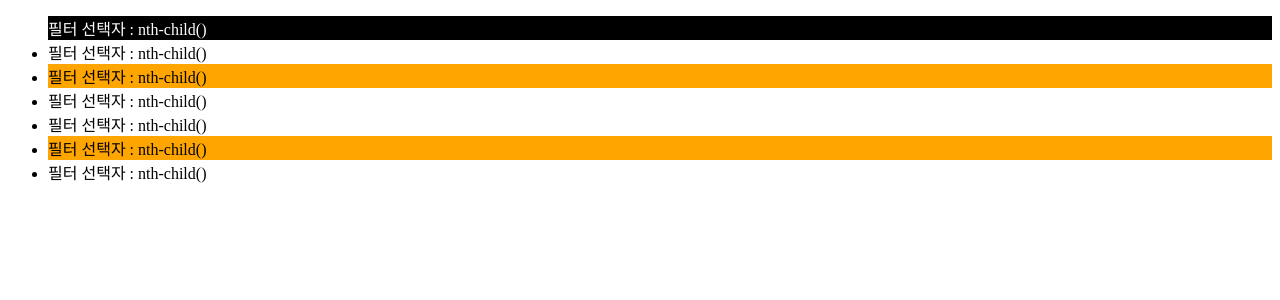
Repository: KangSuA/JSP
Page: webApp/src/main/webapp/jquery/jq05_select.html
An editor plug-in stored every save of this project. The page is shown before and after the next save, followed by the edit.
The browser window is 1280 px wide. The pictures show the whole page.

Above is the page before, as saved 2023-02-14 06:15:58.

After the next save:
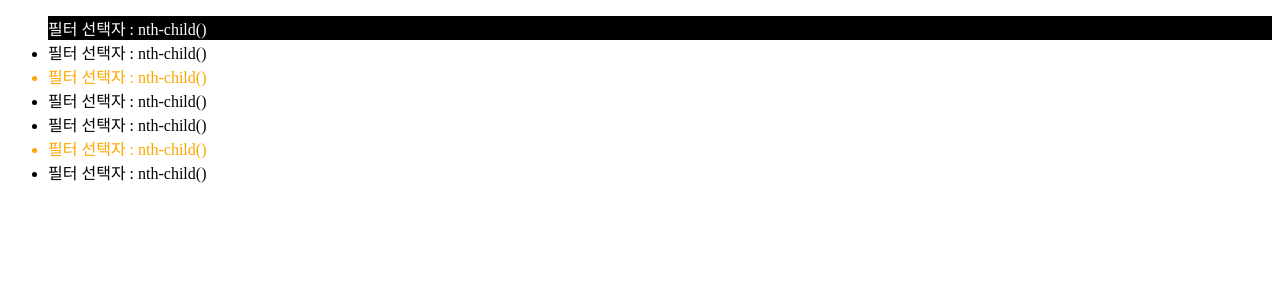
Saved 6 min 16 s later.
--- a/webApp/src/main/webapp/jquery/jq05_select.html
+++ b/webApp/src/main/webapp/jquery/jq05_select.html
@@ -11,7 +11,7 @@
 </style>
 <script>
 	$(function(){
-		$("#f>li:nth-child(3n)").css('background-color','orange');
+		$("#f>li:nth-child(3n)").css('color','orange');
 
 		//addClass() - 클래스 추가
 		//remobeClass() - 클래스 지우기
